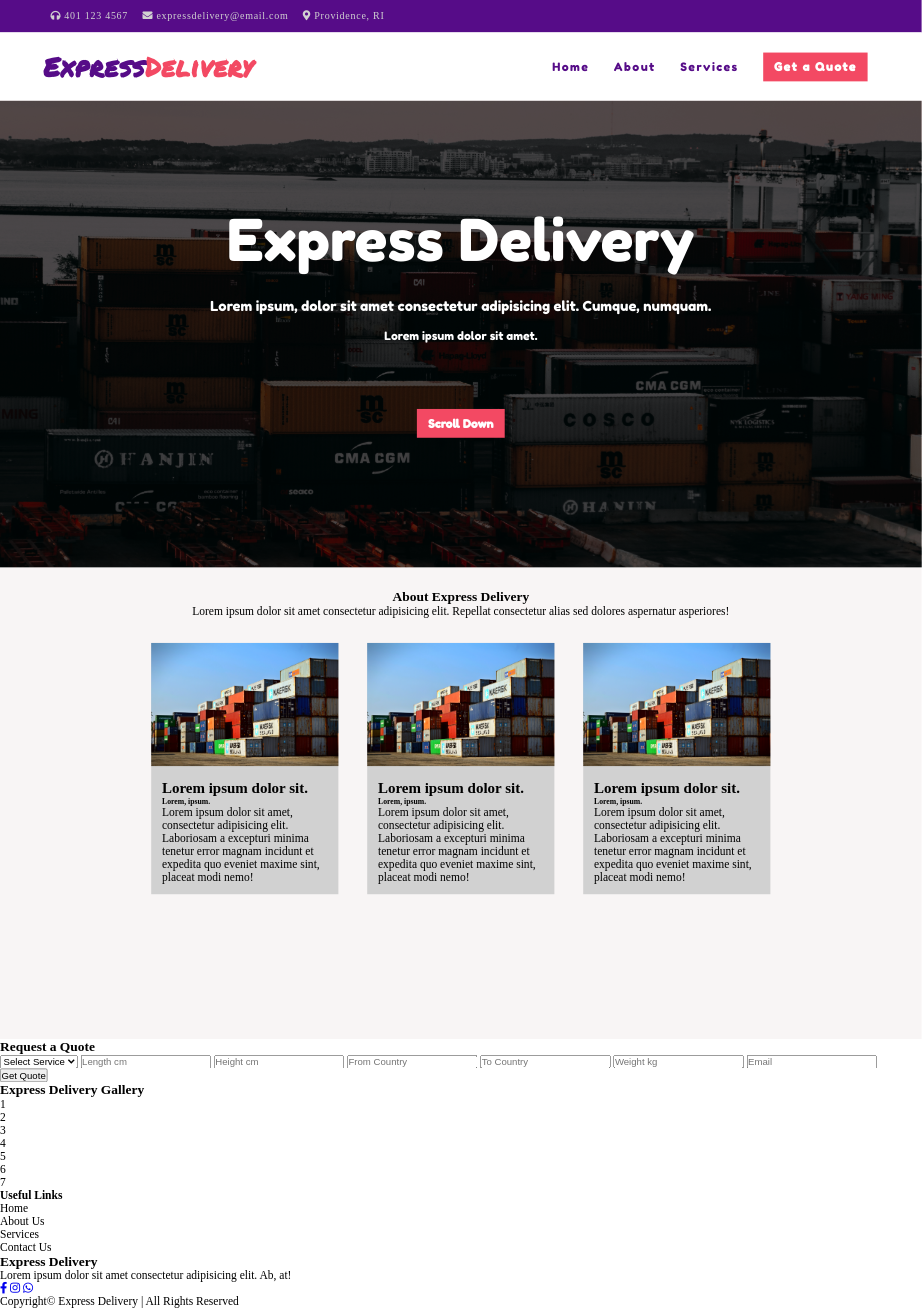
Repository: just-mann/express-delivery
Page: index.html
An editor plug-in stored every save of this project. The page is shown before and after the next save, followed by the edit.
The browser window is 1280 px wide. The pictures show the whole page, at 72% of full size.
The style sheet was rebuilt from its Sass, Less or Tailwind sources for each picture, by a compiler version that may differ from the author's.

Above is the page before, as saved 2021-06-30 14:27:55.

After the next save:
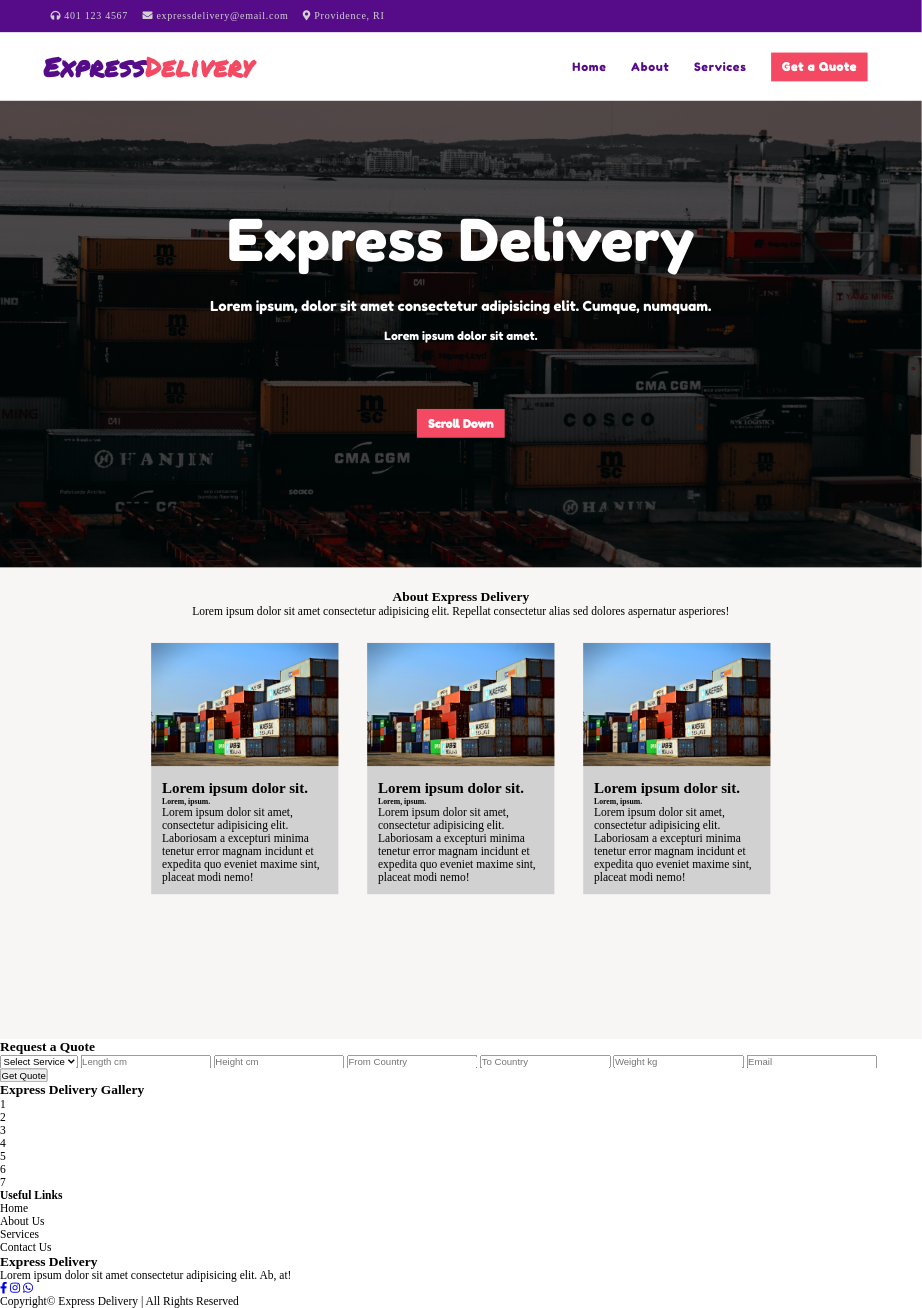
Saved 7 s later.
--- a/Sass/style.scss
+++ b/Sass/style.scss
@@ -76,7 +76,7 @@ header {
                 transition: 0.5s;
                 font-family: $secondary__font;
                 font-weight: 150;
-                letter-spacing: 2px;
+                letter-spacing: 1px;
 
                 &:hover {
                     color: $primary__color;
